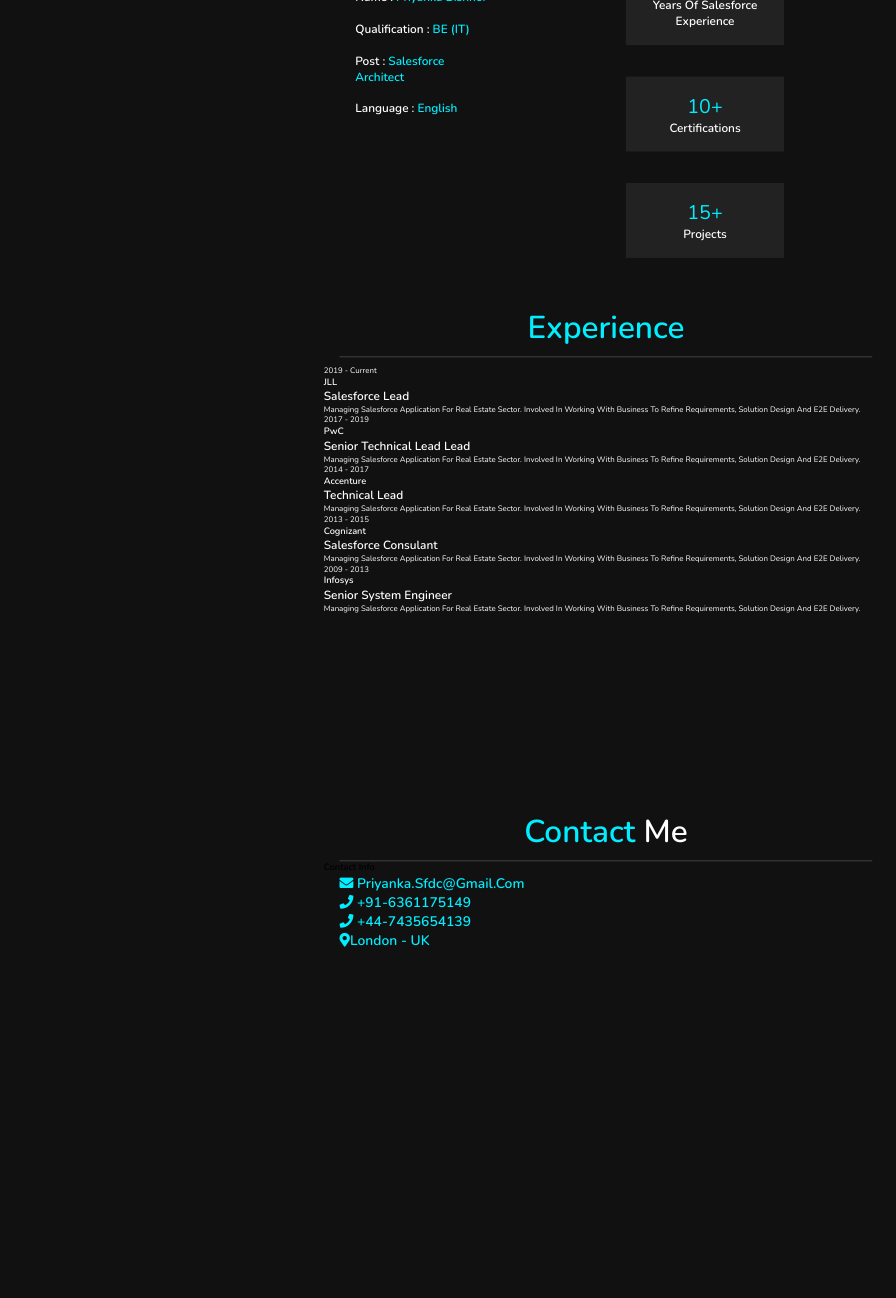
Repository: priyanka-bishnoi/PortfolioPage
Page: MyPage.html
The author's editor kept a copy of each file at every save. The page is drawn from the files as they stood at one save, then again after the next save.
The browser window is 1280 px wide. The pictures show the part of the page from y = 1068 to 2988 px (the page is 2922 px tall before and 2988 px after), at 70% of full size.

Above is the page before, as saved 2022-10-09 14:31:40.

After the next save:
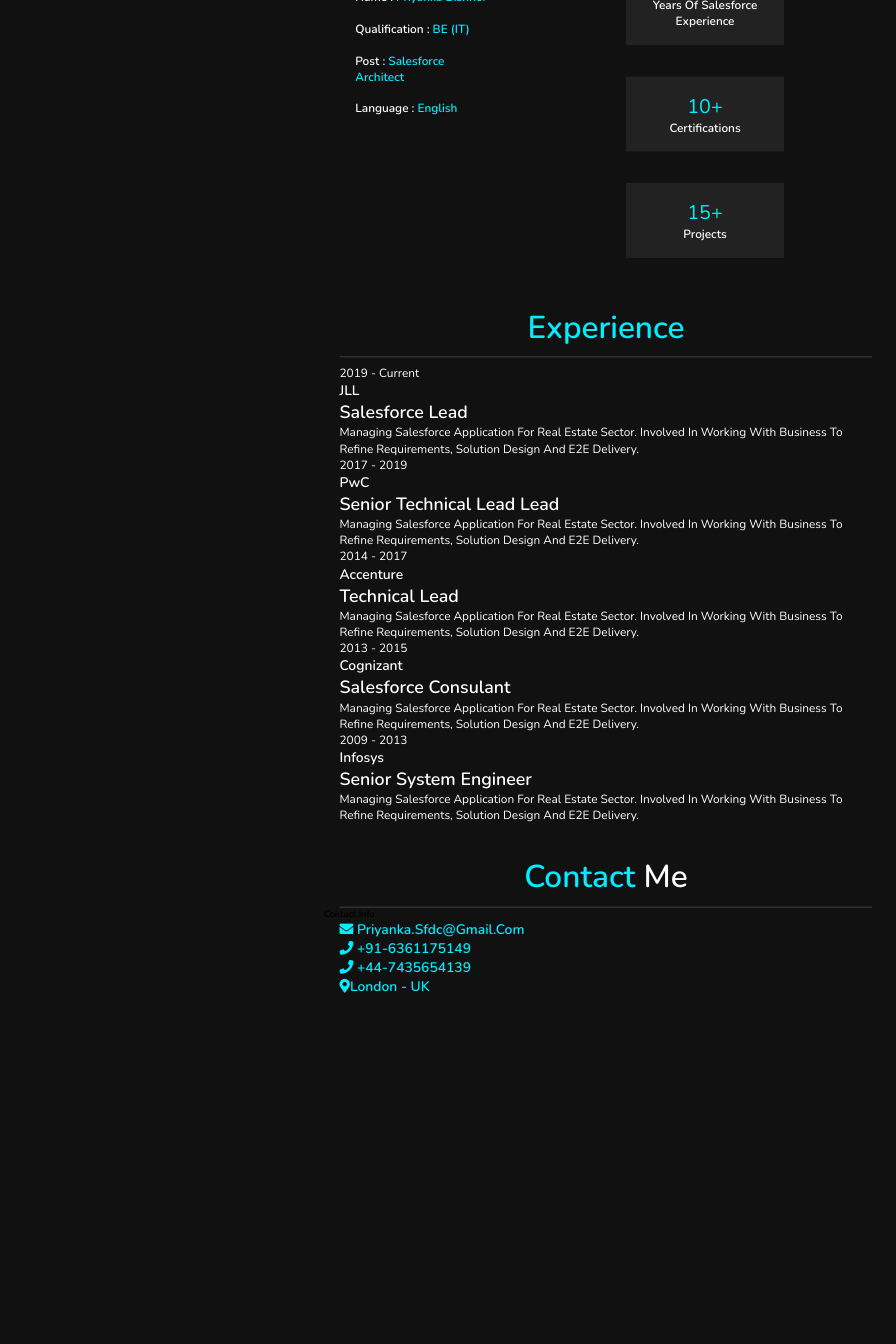
Saved 74 s later.
--- a/css/style.css
+++ b/css/style.css
@@ -207,9 +207,7 @@ header .navBar ul li a:hover{
        align-items: center;
 }
 
-
-
-.contact .row .content .info {
+.experience .row .exp {
 
     display: block;
     justify-content: center;
@@ -218,6 +216,18 @@ header .navBar ul li a:hover{
     padding-right: 1rem;
     margin: 0 1rem;
     font-size: 1.5rem;
+
+}
+
+.contact .row .content .info {
+
+    display: block;
+    justify-content: center;
+    padding-left: 1rem;
+    padding-top: 0rem;
+    padding-right: 1rem;
+    margin: 0 1rem;
+    font-size: 1.5rem;
     color:var(--orange);
 
 }
